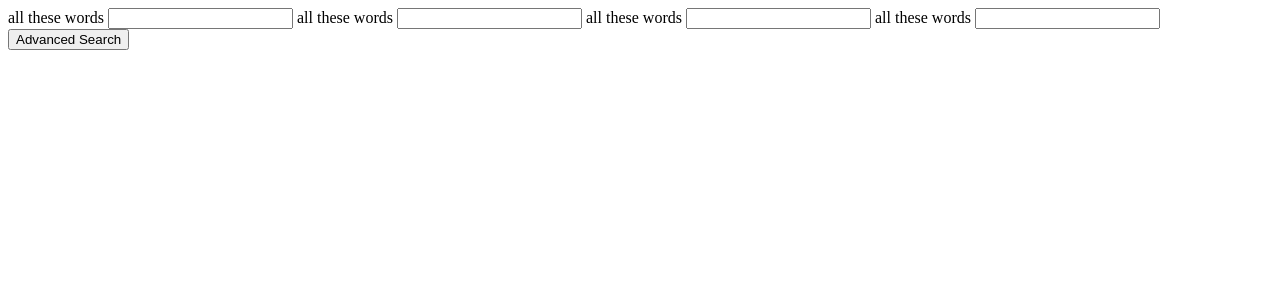
Repository: etentuk/search
Page: advanced_search.html
The author's editor kept a copy of each file at every save. The page is drawn from the files as they stood at one save, then again after the next save.
The browser window is 1280 px wide. The pictures show the whole page.

Above is the page before, as saved 2021-11-03 22:58:14.

### advanced_search.html
<!DOCTYPE html>
<html lang="en">

<head>
    <title>Search</title>
</head>

<body>
    <form action="https://google.com/search" style="display: table-row;">
        <div>
            <label for="as_q">all these words </label>
            <input type="text" id="as_q" name="as_q">
            <label for="as_epq">all these words </label>
            <input type="text" id="as_epq" name="as_epq">
            <label for="as_oq">all these words </label>
            <input type="text" id="as_oq" name="as_oq">
            <label for="as_eq">all these words </label>
            <input type="text" id="as_eq" name="as_eq">
        </div>
        <input type="submit" value="Advanced Search">
    </form>
</body>

</html>

After the next save:
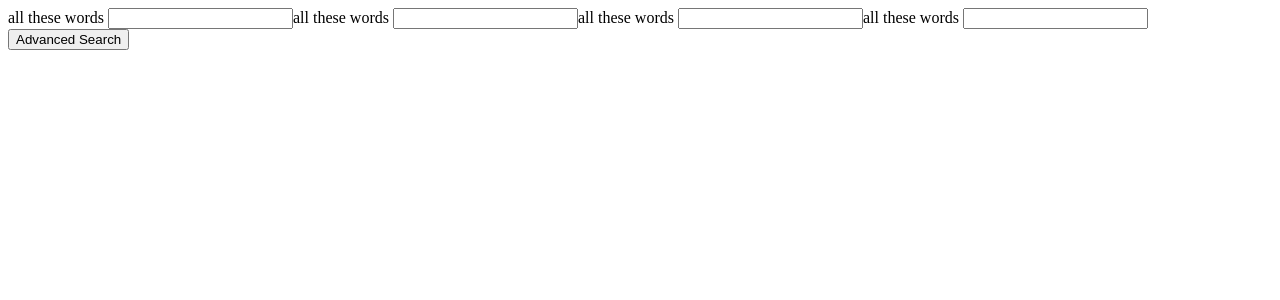
Saved 90 s later.
--- a/advanced_search.html
+++ b/advanced_search.html
@@ -7,7 +7,8 @@
 
 <body>
     <form action="https://google.com/search" style="display: table-row;">
-        <div>
+        <div style="    display: table-row;
+        ">
             <label for="as_q">all these words </label>
             <input type="text" id="as_q" name="as_q">
             <label for="as_epq">all these words </label>
